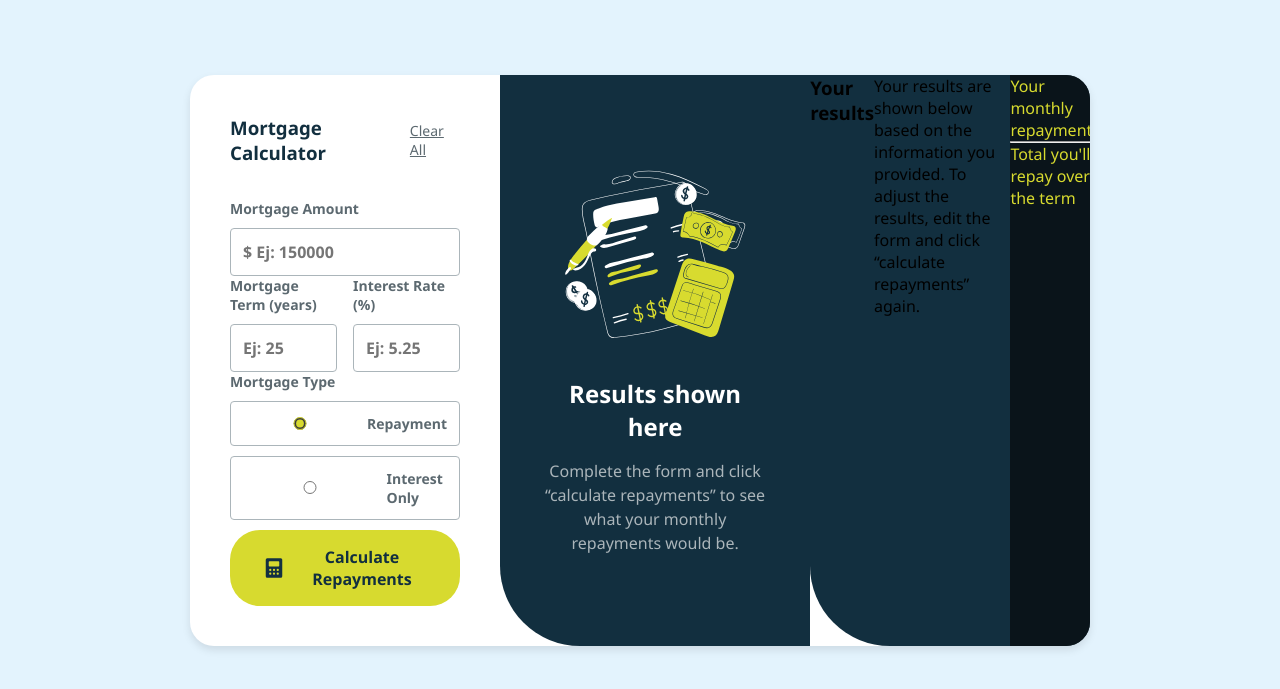
Repository: GravielPV/Mortgage-repayment-calculator
Page: index.html
An editor plug-in stored every save of this project. The page is shown before and after the next save, followed by the edit.
The browser window is 1280 px wide. The pictures show the whole page.

Above is the page before, as saved 2025-12-14 15:10:39.

### index.html
<!DOCTYPE html>
<html lang="en">
<head>
  <meta charset="UTF-8">
  <meta name="viewport" content="width=device-width, initial-scale=1.0"> <!-- displays site properly based on user's device -->

  <link rel="icon" type="image/png" sizes="32x32" href="./assets/images/favicon-32x32.png">
  <link rel="stylesheet" href="styles.css">
  <title>Frontend Mentor | Mortgage repayment calculator</title>


</head>
<body>
  <div class="carta">



  <div class="lado-izquierdo">

    <div class="header-form">
      <h3>Mortgage Calculator</h3>
      <a href="#" id="clear-all">Clear All</a>
    </div>

    <form id="mortgage-form">

      <!-- Mortgage Amount -->
      <div class="campo">
        <label for="input-mortgage">Mortgage Amount</label>

        <input
          type="number"
          id="input-mortgage"
          name="mortgage"
          placeholder="$ Ej: 150000">
      </div>

      <!-- Mortgage Term & Interest Rate -->
      <div class="grupo-doble">
        <div class="campo1">
          <label for="input-term">Mortgage Term (years)</label>
          <input
            type="number"
            id="input-term"
            name="term"
            placeholder="Ej: 25">
        </div>

        <div class="campo1">
          <label for="input-interest">Interest Rate (%)</label>
          <input
            type="number"
            step="0.01"
            id="input-interest"
            name="interest"
            placeholder="Ej: 5.25">
        </div>
      </div>

      <!-- Mortgage Type -->
      <div class="campo">
        <label>Mortgage Type</label>

        <div class="radios">
          <label class="radio arriba">
            <input type="radio" name="mortgage-type" value="repayment" checked id="repayment">
            Repayment
          </label>

          <label class="radio abajo">
            <input type="radio" name="mortgage-type" value="interest-only" id="interest-only">
            Interest Only
          </label>
        </div>
      </div>

      <!-- Botón -->
      <div class="boton">

        <button type="button" onclick="calcular()"> <img src="assets/images/icon-calculator.svg" alt="calculadora icon">Calculate Repayments</button>
      </div>



    </form>

  </div>




  <!-- Empty results start -->

  <div class="derecho">

    <img src="assets/images/illustration-empty.svg" alt="mostrar">

  <h3>Results shown here</h3>

  <p>Complete the form and click “calculate repayments” to see what
  your monthly repayments would be.</p>
  </div>

  <!-- Empty results end -->

  <!-- Completed results start -->

  <div class="resultado">
    <h3>Your results</h3>
    <p>Your results are shown below based on the information you provided.
    To adjust the results, edit the form and click “calculate repayments” again.</p>

    <div class="caja-resultados">
      <p>Your monthly repayments</p>
      <h1 id="monthly-repayment"></h1>

      <hr>

      <p>Total you'll repay over the term</p>
      <h3 id="total-repayment"></h3>
    </div>
  </div>

</div>

<!-- Completed results end -->

<script src="app.js"></script>
</body>
</html>

### styles.css
* {
    box-sizing: border-box;
    margin: 0;
    padding: 0;
    font-family: 'Segoe UI', Tahoma, Geneva, Verdana, sans-serif;
}

body {
    background-color: hsl(202, 86%, 94%);
    display: flex;
    justify-content: center;
    align-items: center;
    min-height: 100vh;
}

.carta {
    width: 100%;
    max-width: 900px;
    background-color: white;
    display: flex;
    border-radius: 24px;
    overflow: hidden;
    box-shadow: 0 4px 8px 0 rgba(0, 0, 0, 0.1);
    margin: 20px;
}

/* ---- Lado Izquierdo ---- */
.lado-izquierdo {
    width: 50%;
    padding: 40px;
    display: flex;
    flex-direction: column;
    gap: 24px;
}

.header-form {
    display: flex;
    justify-content: space-between;
    align-items: center;
    margin-bottom: 10px;
}

.header-form h3 {
    color: hsl(202, 55%, 16%);
}

.header-form a {
    color: hsl(200, 10%, 40%);
    text-decoration: underline;
    font-size: 14px;
    cursor: pointer;
}

.header-form a:hover {
    color: hsl(202, 55%, 16%);
}

/* Inputs */
.campo {
    display: flex;
    flex-direction: column;
    gap: 10px;
}

.campo label, .campo1 label {
    color: hsl(200, 10%, 40%);
    font-size: 14px;
    font-weight: bold;
}

.campo input, .campo1 input {
    padding: 12px;
    border: 1px solid hsl(200, 10%, 70%);
    border-radius: 4px;
    font-size: 16px;
    font-weight: bold;
    cursor: pointer;
    width: 100%;
}

.campo input:focus, .campo1 input:focus {
    outline: none;
    border-color: hsl(61, 70%, 52%);
}

.grupo-doble {
    display: flex;
    gap: 16px;
}

.campo1 {
    display: flex;
    flex-direction: column;
    gap: 10px;
    width: 50%;
}

/* Radio buttons */
.radios {
    display: flex;
    flex-direction: column;
    gap: 10px;
}

.radio {
    display: flex;
    align-items: center;
    border: 1px solid hsl(200, 10%, 70%);
    padding: 12px;
    border-radius: 4px;
    cursor: pointer;
    gap: 10px;
    font-weight: bold;
    color: hsl(202, 55%, 16%);
}

.radio:hover {
    border-color: hsl(61, 70%, 52%);
}

.radio input {
    margin: 0;
    accent-color: hsl(61, 70%, 52%);
}

/* Boton */
.boton {
    margin-top: 10px;
}

button {
    display: flex;
    align-items: center;
    justify-content: center;
    gap: 10px;
    padding: 16px 32px;
    background-color: hsl(61, 70%, 52%);
    border: none;
    color: hsl(202, 55%, 16%);
    border-radius: 30px;
    cursor: pointer;
    font-weight: bold;
    font-size: 16px;
    width: 100%;
    transition: background-color 0.3s;
}

button:hover {
    background-color: hsl(61, 70%, 70%);
}

/* ---- Lado Derecho ---- */
.derecho {
    width: 50%;
    background-color: hsl(202, 55%, 16%);
    color: white;
    padding: 40px;
    display: flex;
    flex-direction: column;
    justify-content: center;
    align-items: center;
    text-align: center;
    border-bottom-left-radius: 80px;
}

.derecho img {
    margin-bottom: 20px;
}

.derecho h3 {
    margin-bottom: 16px;
    font-size: 24px;
}

.derecho p {
    color: hsl(200, 10%, 70%);
    line-height: 1.5;
}

.resultado {
    display: none;
}


.resultado{
     width: 50%;
    background-color: hsl(202, 55%, 16%);
    display: flex;
    justify-content: center;
    border-bottom-left-radius: 80px;


}

.resultado .caja-resultados {

    background-color: hsl(201, 46%, 7%);
    color: hsl(61, 70%, 52%);
    width: 80%;
    position: relative;
    left: 10px;


}

/* Responsive */
@media (max-width: 768px) {
    body {
        align-items: flex-start;
        background-color: white;
    }

    .carta {
        flex-direction: column;
        border-radius: 0;
        margin: 0;
        box-shadow: none;
        max-width: 100%;
    }

    .lado-izquierdo, .derecho {
        width: 100%;
        padding: 24px;
    }

    .derecho {
        border-radius: 0;
        min-height: 400px;
    }

    .grupo-doble {
        flex-direction: column;
    }

    .campo1 {
        width: 100%;
    }
}

### app.js
// INPUTS
const montoInput = document.getElementById("input-mortgage");
const yearsInput = document.getElementById("input-term");
const interesInput = document.getElementById("input-interest");

// RADIOS
const repaymentRadio = document.getElementById("repayment");
const interestOnlyRadio = document.getElementById("interest-only");

// RESULTADOS
const resultadoBox = document.querySelector(".resultado");
const derechoBox = document.querySelector(".derecho");

const monthlyText = document.getElementById("monthly-repayment");
const totalText = document.getElementById("total-repayment");

// CLEAR ALL
const clearAllBtn = document.getElementById("clear-all");

// FORMATO MONEDA
function formatoMoneda(valor) {
  return new Intl.NumberFormat("en-US", {
    style: "currency",
    currency: "USD",
    minimumFractionDigits: 2,
  }).format(valor);
}

// CALCULAR
function calcular() {
  const monto = Number(montoInput.value);
  const years = Number(yearsInput.value);
  const interes = Number(interesInput.value) / 100;

  if (!monto || !years || !interes) {
    alert("Please complete all fields");
    return;
  }

  const r = interes / 12;
  const n = years * 12;

  let pagoMensual = 0;
  let pagoTotal = 0;

  // REPAYMENT
  if (repaymentRadio.checked) {
    pagoMensual =
      (monto * r * Math.pow(1 + r, n)) /
      (Math.pow(1 + r, n) - 1);

    pagoTotal = pagoMensual * n;
  }

  // INTEREST ONLY
  if (interestOnlyRadio.checked) {
    pagoMensual = monto * r;
    pagoTotal = pagoMensual * n;
  }

  // MOSTRAR RESULTADOS
  monthlyText.textContent = formatoMoneda(pagoMensual);
  totalText.textContent = formatoMoneda(pagoTotal);

  derechoBox.style.display = "none";
  resultadoBox.style.display = "block";
}

// CLEAR ALL
clearAllBtn.addEventListener("click", (e) => {
  e.preventDefault();

  montoInput.value = "";
  yearsInput.value = "";
  interesInput.value = "";

  repaymentRadio.checked = true;
  interestOnlyRadio.checked = false;

  resultadoBox.style.display = "none";
  derechoBox.style.display = "block";
});

After the next save:
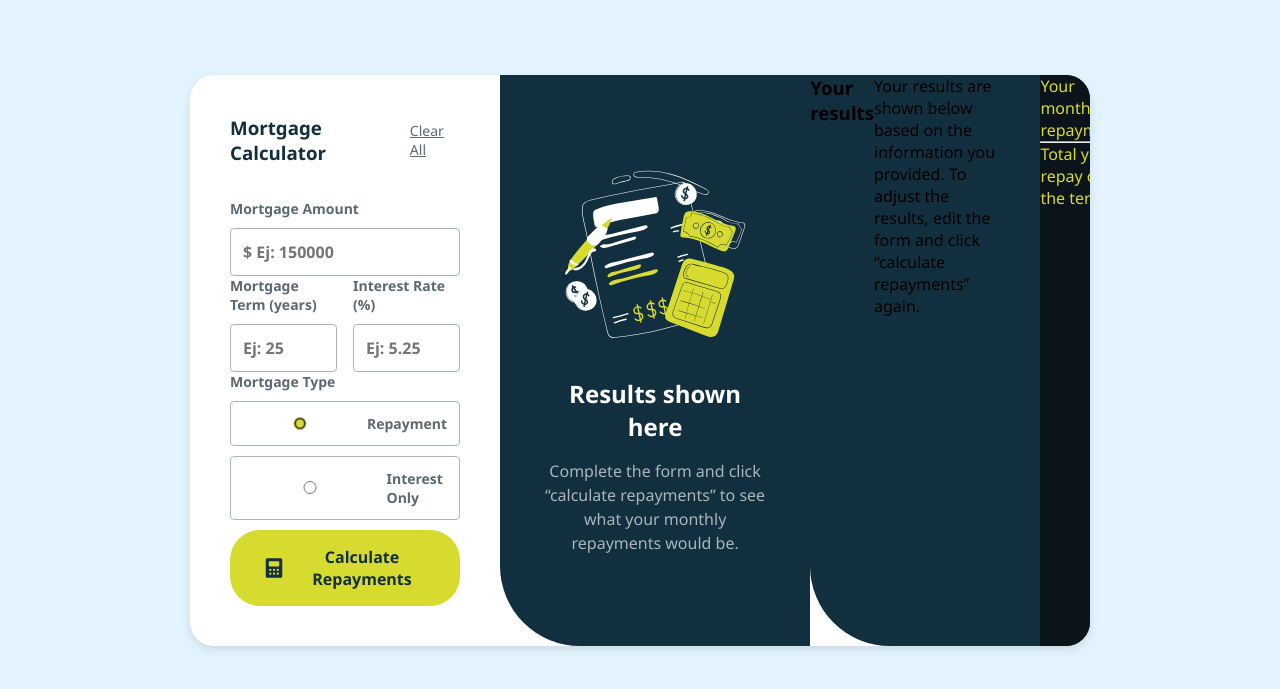
Saved 7 s later.
--- a/styles.css
+++ b/styles.css
@@ -198,7 +198,7 @@ button:hover {
     color: hsl(61, 70%, 52%);
     width: 80%;
     position: relative;
-    left: 10px;
+    left: 40px;
 
 
 }
